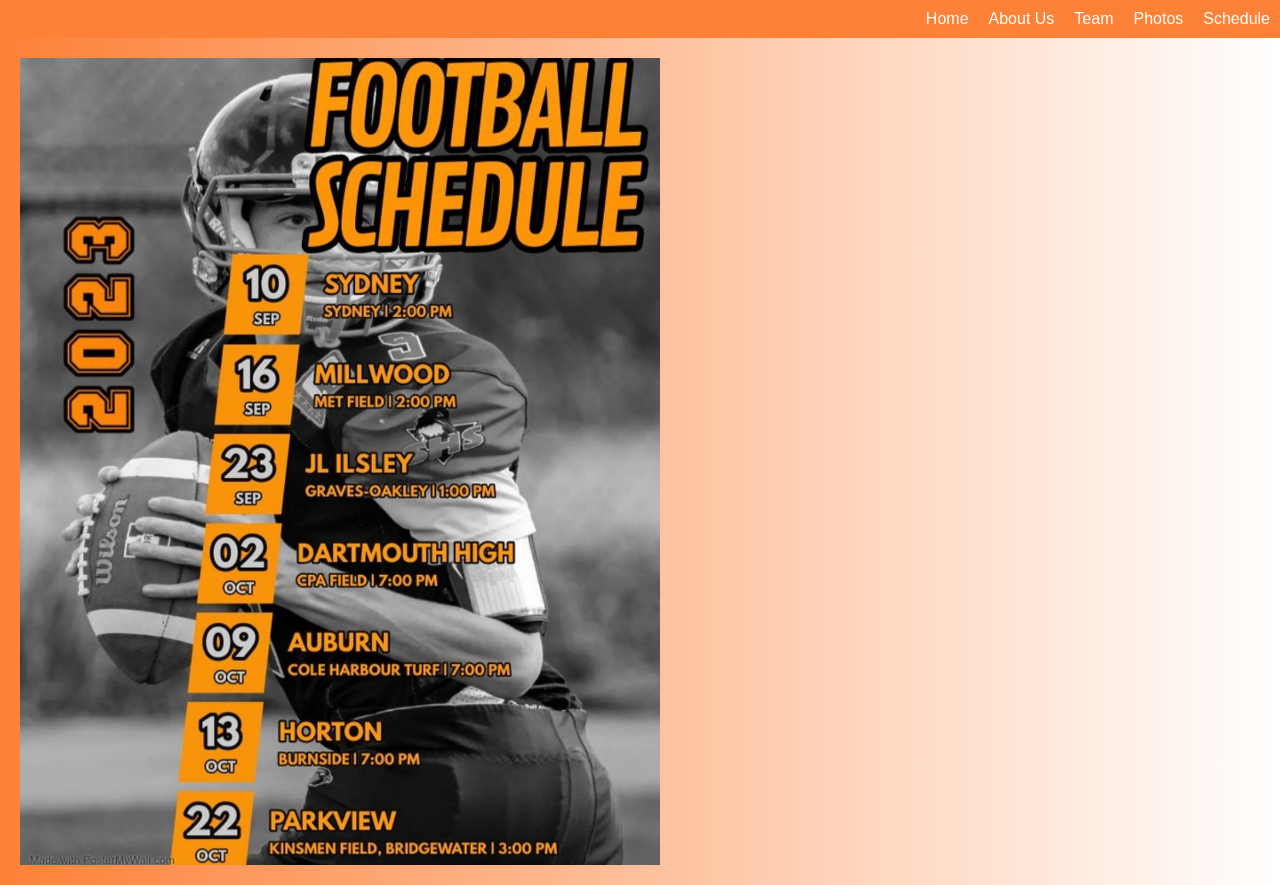
Repository: SHSFootballRepo/Website
Page: public/schedule.html
The author's editor kept a copy of each file at every save. The page is drawn from the files as they stood at one save, then again after the next save.
The browser window is 1280 px wide. The pictures show the whole page.

Above is the page before, as saved 2023-08-19 19:02:40.

### public/schedule.html
<!DOCTYPE html>
<html lang="en">
<head>
    <meta charset="UTF-8">
    <meta name="viewport" content="width=device-width, initial-scale=1.0">
    <link rel="stylesheet" href="styles.css">
    <title>SHS Football Team Homepage</title>
</head>
<body>
    <header>
        <nav>
            <ul>
                <li><a href="/index.html">Home</a></li>
                <li><a href="/about.html">About Us</a></li>
                <li><a href="/team.html">Team</a></li>
                <li><a href="/photos.html">Photos</a></li>
                <li><a href="/schedule.html">Schedule</a></li>
            </ul>
        </nav>


    </header>
<section class="schedule1">
    <img src="image0.png" alt="Schedule">
</section>
</body>

### public/styles.css
/* Reset some default styles */
body, h1, h2, h3, p {
    margin: 0;
    padding: 0;
}

/* Basic styling */
body {
    background: linear-gradient(to right, #FD8137, white);
    margin: 0;
    padding: 0;
    font-family: Arial, sans-serif;
}

header {
    background:#FD8137;
    color: #fff;
    padding: 10px;
    display: flex;
    justify-content: flex-end;
}

nav ul {
    list-style: none;
    display: flex;
    margin: 0;
    padding: 0;
}

nav ul li {
    margin-left: 20px;
}

nav ul li a {
    text-decoration: none;
    color: #fff;
    transition: color 0.3s; /* Smooth color transition on hover */
}

nav ul li a:hover {
    color: #FD8137; /* Change color on hover */
}

/* Hero section and other styles... */


.hero {
    text-align: center;
    padding: 50px 1;
    background-color: linear-gradient(to right, #FD8137, black);
}

.hero img {
    max-width: 25%;
    height: auto;
}

.hero h1 {
    font-size: 36px;
    margin: 20px 0;
}

.cta-button {
    display: inline-block;
    padding: 10px 20px;
    background-color: #333;
    color: #fff;
    text-decoration: none;
    border-radius: 5px;
    transition: background-color 0.3s; /* Smooth background color transition on hover */
    margin-top: 15px;
}

.cta-button:hover {
    background-color: #555; /* Change background color on hover */
}

.latest-news {
    padding: 50px;
}

.news-card {
    padding: 20px;
    margin-bottom: 20px;
    background-color: #fff;
    border-radius: 5px;
}

.news-card img {
    max-width: 5%;
    height: auto;
}

.WIP {
    text-align: center;
    padding: 25px 1;
    background-color: white;
    border-radius: 5px;
    margin: 500;
}

footer {
    text-align: center;
    padding: 20px 0;
    background-color: #333;
    color: #fff;
}

.page-content {
    padding: 50px;
    text-align: center;
    font-size: xx-large;
}

.schedule1 img {
    height: 50%;
    width: 50%;
    padding: 20px;
    display: grid;
    place-items: center;
}

After the next save:
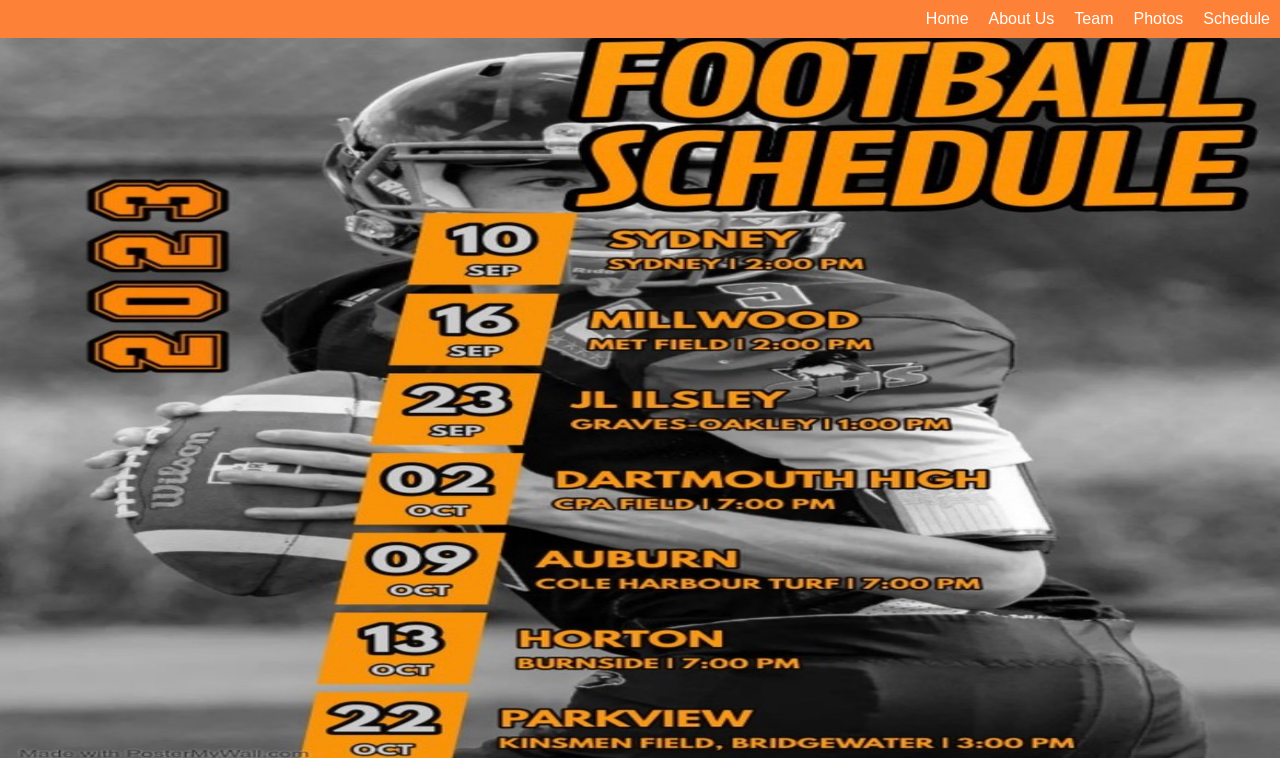
Saved 62 s later.
--- a/public/styles.css
+++ b/public/styles.css
@@ -113,9 +113,10 @@
 }
 
 .schedule1 img {
-    height: 50%;
-    width: 50%;
-    padding: 20px;
-    display: grid;
-    place-items: center;
+    position: relative;
+    width: 100%; /* Adjust this if needed */
+    height: 100vh; /* Adjust this if needed */
+    display: flex;
+    justify-content: center;
+    align-items: center;
 }
